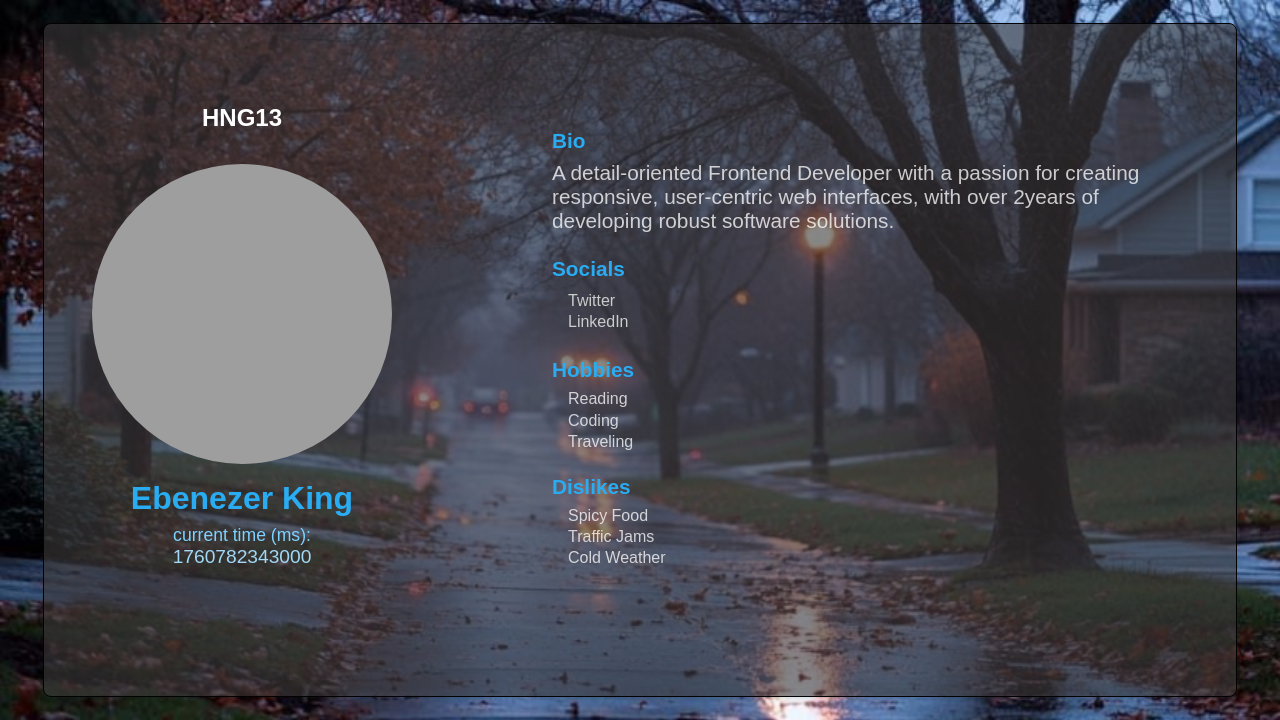
Repository: ebenezertiewei/profileCard
Page: index.html
The author's editor kept a copy of each file at every save. The page is drawn from the files as they stood at one save, then again after the next save.
The browser window is 1280 px wide. The pictures show the whole page.
Pictures or frames that could not be fetched are drawn as grey boxes.

Above is the page before, as saved 2025-10-18 12:37:52.

### index.html
<!DOCTYPE html>
<html lang="en">
	<head>
		<meta charset="UTF-8" />
		<meta name="viewport" content="width=device-width, initial-scale=1.0" />
		<title>Profile Card</title>
		<link rel="stylesheet" href="style.css" />
	</head>
	<body>
		<!--------------------------------- PROFILE CARD CONTAINER ---------------------------->
		<article data-testid="test-profile-card">
			<header>
				<h1>HNG13</h1>
				<!---------------------------------- PROFILE HEADER ---------------------------->
				<div id="profileHeader" data-testid="test-profile-header">
					<figure>
						<img
							src="https://ca.slack-edge.com/T09AMR8A9C3-U09L73CQQ2K-7e805defcf15-512"
							alt="Profile Avatar"
							data-testid="test-user-avatar"
							id="profileAvatar"
						/>
						<!-- <figcaption>Ebenezer King</figcaption> -->
					</figure>
					<!----------- user name ----------->
					<h2 data-testid="test-user-name">Ebenezer King</h2>
					<!----------- current time----------->
					<span data-testid="test-user-time-header" class="time-header">
						current time (ms):
						<p data-testid="test-user-time"></p>
					</span>
				</div>
			</header>

			<!---------------------------------- PROFILE DETAILS ---------------------------->
			<div id="profileDetails" data-testid="test-profile-details">
				<section>
					<h3 data-testid="test-user-bio-header" class="bio-header">Bio</h3>
					<p data-testid="test-user-bio">
						A detail-oriented Frontend Developer with a passion for creating
						responsive, user-centric web interfaces, with over 2years of
						developing robust software solutions.
					</p>
				</section>
				<!--------------------- social links ------------->
				<section>
					<h3
						data-testid="test-user-social-links-header"
						class="social-links-header"
					>
						Socials
					</h3>
					<nav data-testid="test-user-social-links">
						<ul>
							<li>
								<a
									href="https://x.com/txch_king?s=11&t=o3w1r65yzU2hxbP-LDD1ug"
									target="_blank"
									rel="noopener noreferrer"
									data-testid="test-user-social-twitter"
								>
									Twitter
								</a>
							</li>
							<li>
								<a
									href="https://www.linkedin.com/in/ebenezer-t-093b21320/"
									target="_blank"
									rel="noopener noreferrer"
									data-testid="test-user-social-linkedin"
								>
									LinkedIn
								</a>
							</li>
						</ul>
					</nav>
				</section>

				<!--------------------- hobbies ------------->
				<section data-testid="test-user-hobbies">
					<h3 data-testid="test-user-hobbies-header" class="hobbies-header">
						Hobbies
					</h3>
					<ul>
						<li>Reading</li>
						<li>Coding</li>
						<li>Traveling</li>
					</ul>
				</section>
				<!--------------------- dislikes ------------->
				<section data-testid="test-user-dislikes">
					<h3 data-testid="test-user-dislikes-header" class="dislikes-header">
						Dislikes
					</h3>
					<ul>
						<li>Spicy Food</li>
						<li>Traffic Jams</li>
						<li>Cold Weather</li>
					</ul>
				</section>
			</div>
		</article>

		<!-- javascript link -->
		<script src="script.js"></script>
	</body>
</html>

### style.css
/* ---------------------------------------------------------------- */
/*--------------- Project body general style ---------------*/
html {
	width: 100dvw;
	font-family: Arial, sans-serif;
	font-size: 1rem;
	font-weight: 400;
}
body {
	background-color: #605a5a;
	background-image: url("./assets/states.jpg");
	background-size: cover;
	background-position: center;
	background-repeat: no-repeat;
	/* height: 100%; */
	width: 100%;
}
* {
	padding: 0;
	margin: 0;
	border: 0;
	box-sizing: border-box;
	outline: none;
}

/*--------------------------MOBILE WORKFLOW---------------------*/
/*--------------profile card container -------------------*/
article[data-testid="test-profile-card"] {
	/* height: 100%; */
	max-width: 1194px;
	padding: 3rem 1rem;
	background-color: rgba(61, 58, 58, 0.6);
	color: rgba(255, 255, 255, 0.761);
	display: flex;
	flex-direction: column;
	align-items: center;
	border: 1px solid #020202;
	border-radius: 8px;
	box-shadow: 0 2px 4px rgba(0, 0, 0, 0.1);
}

h1 {
	color: #fff;
	text-align: center;
	margin-bottom: 1rem;
}

/*-------------  PROFILE HEADER  -------------*/
#profileHeader {
	width: 100%;
	display: flex;
	flex-direction: column;
	padding: 1rem 0;
	/* background-color: orange; */
}
#profileHeader figure {
	display: flex;
	flex-direction: column;
	align-items: center;
	margin-bottom: 0.5rem;
}
/*------------- profile header image -------------*/
#profileHeader img {
	border-radius: 50%;
	width: 300px;
	height: 300px;
	object-fit: cover;
}
#avatarUpload::file-selector-button {
	background-color: rgba(61, 58, 58, 0.6);
	color: #a8a8a8;
	padding: 0.5rem 1rem;
	border: 1px solid #555555;
	border-radius: 6px;
	cursor: pointer;
	font-size: 0.9rem;
	transition: background 0.3s;
}
#avatarUpload::file-selector-button:hover {
	background-color: #45a049;
	color: black;
}
#avatarUpload {
	color: #a8a8a8;
}
#avatarUrl::placeholder {
	background-color: rgb(61, 58, 58);
	color: #a8a8a8;
}
#avatarUrl {
	/* color: #ccc; */
	padding: 0.5rem;
	background-color: rgb(61, 58, 58);
	border: 1px solid #555555;
	border-radius: 6px;
}
/*--------------profile name --------------*/
#profileHeader h2 {
	display: flex;
	justify-content: center;
	margin: 0.5rem 0;
	font-size: 2rem;
	font-weight: 600;
	color: #2aacf3;
}
/*-------------- current time --------------*/
#profileHeader span[data-testid="test-user-time-header"] {
	display: flex;
	flex-direction: column;
	justify-content: center;
	align-items: center;
	font-size: 1.1rem;
	margin-bottom: 1rem;
	color: #7ed2ff;
}
#profileHeader p[data-testid="test-user-time"] {
	margin-bottom: 1rem;
	font-size: 1.2rem;
	color: #a1d8f6;
}
/*--------------  PROFILE DETAILS  --------------*/
.bio-header {
	display: flex;
	flex-direction: column;
	justify-content: start;
	margin-bottom: 0.5rem;
	font-size: 1.3rem;
	color: #2aacf3;
}
#profileDetails p[data-testid="test-user-bio"] {
	font-size: 1.3rem;
	margin-bottom: 1.5rem;
}
/* ------------------ social links --------------- */
.social-links-header {
	display: flex;
	flex-direction: column;
	justify-content: start;
	margin-bottom: 0.5rem;
	font-size: 1.3rem;
	color: #2aacf3;
}
#profileDetails nav[data-testid="test-user-social-links"] {
	display: flex;
	flex-direction: column;
	justify-content: start;
	margin-bottom: 1.5rem;
}
#profileDetails nav[data-testid="test-user-social-links"] ul {
	list-style: none;
}
#profileDetails nav[data-testid="test-user-social-links"] li {
	margin: 0.2rem 1rem;
}
#profileDetails nav[data-testid="test-user-social-links"] a {
	color: #ccc;
	text-decoration: none;
}
#profileDetails nav[data-testid="test-user-social-links"] a:hover {
	text-decoration: underline;
}
/* ------------------ hobbies --------------- */
.hobbies-header {
	display: flex;
	flex-direction: column;
	justify-content: start;
	margin-bottom: 0.5rem;
	font-size: 1.3rem;
	color: #2aacf3;
}
#profileDetails section[data-testid="test-user-hobbies"] ul {
	list-style: none;
	margin-bottom: 1.5rem;
}
#profileDetails section[data-testid="test-user-hobbies"] li {
	margin: 0.2rem 1rem;
}
/* ------------------ dislikes --------------- */
.dislikes-header {
	display: flex;
	flex-direction: column;
	justify-content: start;
	margin-bottom: 0.5rem;
	font-size: 1.3rem;
	color: #2aacf3;
}
#profileDetails section[data-testid="test-user-dislikes"] ul {
	list-style: none;
	margin-bottom: 1.5rem;
}
#profileDetails section[data-testid="test-user-dislikes"] li {
	margin: 0.2rem 1rem;
}

/* ---------------------------------- MEDIA QUERY ------------------------------- */
/* ------------------- tablet ------------------- */
@media (min-width: 768px) {
	html {
		height: 100dvh;
	}
	body {
		height: 100%;
		display: flex;
		justify-content: center;
		align-items: center;
		padding: 0 2rem;
	}
	article[data-testid="test-profile-card"] {
		display: flex;
		flex-direction: row;
		width: 100%;
		gap: 2rem;
	}
}
/* ------------------- desktop ------------------- */
@media (min-width: 1024px) {
	article[data-testid="test-profile-card"] {
		padding: 5rem 3rem;
		gap: 10rem;
	}
}

### script.js
// --------------------------------------------------------------------------
// ------------------- current time in milliseconds ----------
window.addEventListener("DOMContentLoaded", () => {
	const timeElement = document.querySelector('[data-testid="test-user-time"]');

	function updateTime() {
		const currentTime = Date.now();
		timeElement.textContent = currentTime;
	}

	updateTime();
	setInterval(updateTime, 100);
});

After the next save:
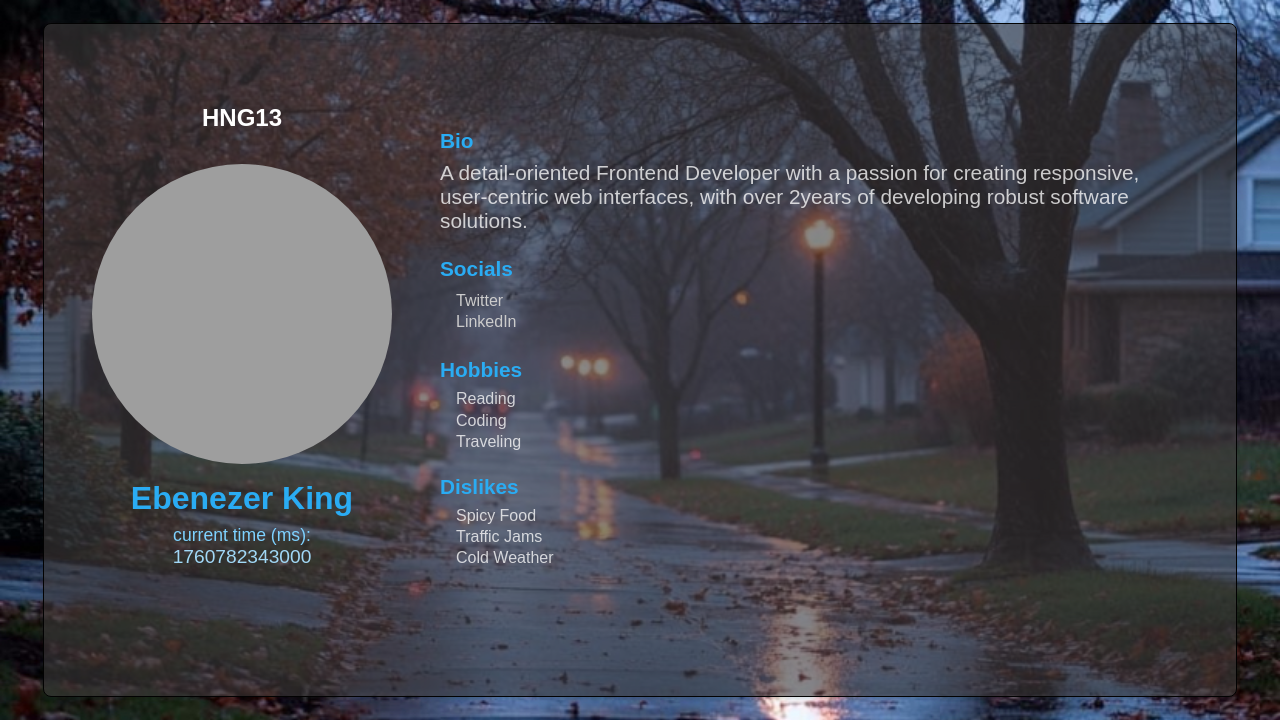
Saved 36 s later.
--- a/style.css
+++ b/style.css
@@ -216,6 +216,6 @@ h1 {
 @media (min-width: 1024px) {
 	article[data-testid="test-profile-card"] {
 		padding: 5rem 3rem;
-		gap: 10rem;
-	}
-}
+		gap: 3rem;
+	}
+}
